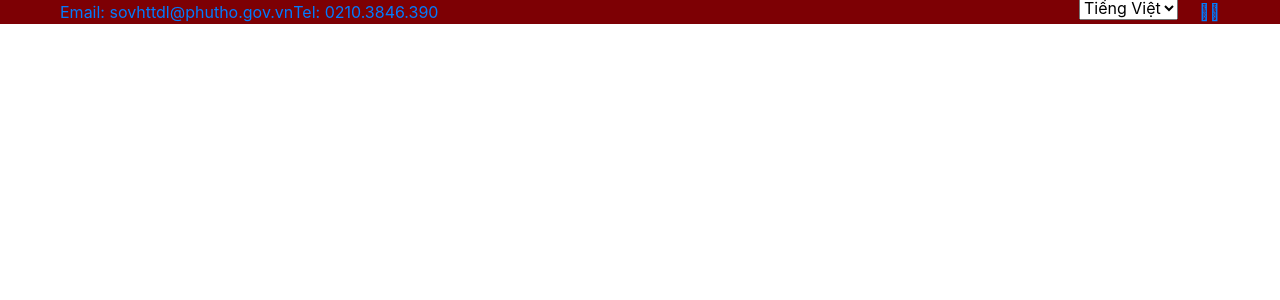
Repository: NgocNB20/Front_end_KLTN
Page: index.html
These files come from the project's save history. The page is drawn as it stood at one moment and after the next save; the edit follows.
The browser window is 1280 px wide. The pictures show the whole page.
Some web fonts or font styles are not loaded; a fallback is used. Some web libraries are served in a nearby version.

Above is the page before, as saved 2021-11-28 10:37:34.

After the next save:
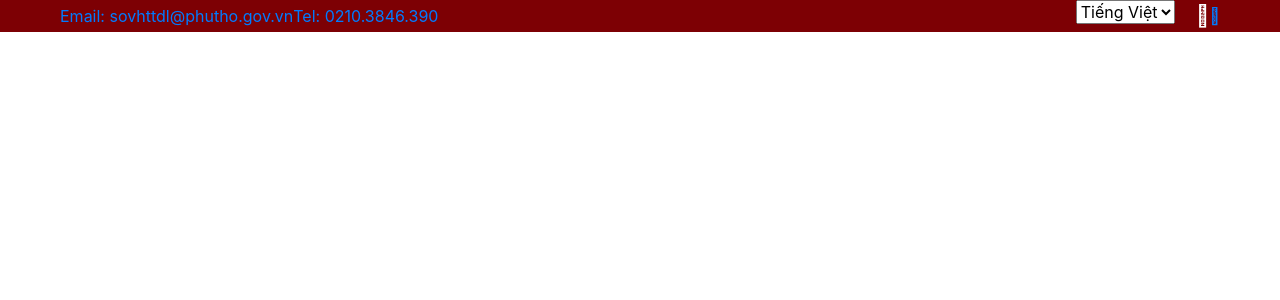
Saved 87 s later.
--- a/style.css
+++ b/style.css
@@ -82,8 +82,8 @@
 
 .main-nav__search {
     margin-left: 20px;
+    font-size: 21px;
+    color:white;
+    text-decoration: none;
+    margin-right: 0px;
 }
-
-.main-nav__right .bootstrap-select .dropdown-toggle .filter-option {
-    padding-left: 20px;
-}
